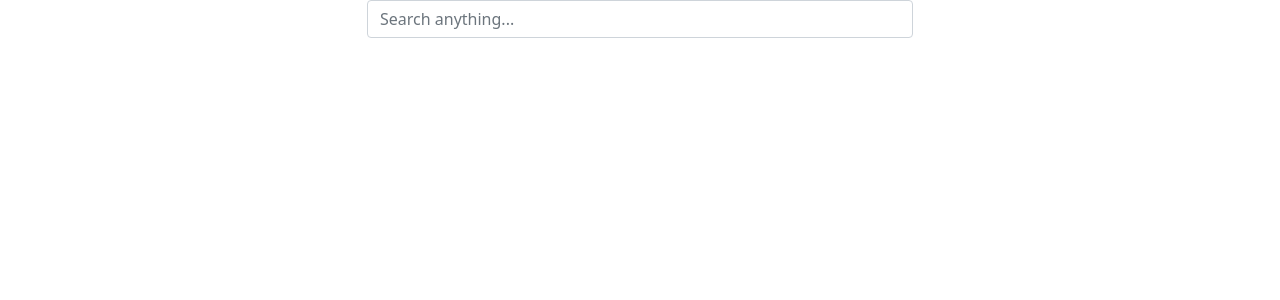
Repository: AlisaSkryp/photoblog
Page: index.html
These files come from the project's save history. The page is drawn as it stood at one moment and after a run of saves; the edit follows.
The browser window is 1280 px wide. The pictures show the whole page.

Above is the page before, as saved 2023-04-09 18:36:25.

After the next 2 saves:
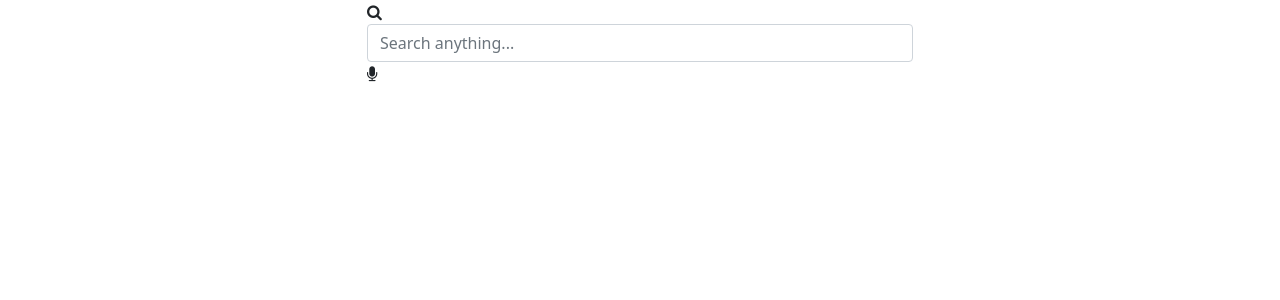
The 2 saves are shown as one change because they came seconds apart.
The last was saved 5 s later.
--- a/index.html
+++ b/index.html
@@ -5,7 +5,7 @@
 	<meta http-equiv="X-UA-Compatible" content="IE=edge">
 	<meta name="viewport" content="width=device-width, initial-scale=1.0">
 	<link href="https://cdn.jsdelivr.net/npm/bootstrap@5.0.2/dist/css/bootstrap.min.css" rel="stylesheet" integrity="sha384-EVSTQN3/azprG1Anm3QDgpJLIm9Nao0Yz1ztcQTwFspd3yD65VohhpuuCOmLASjC" crossorigin="anonymous">
-<l
+<link href="https://cdnjs.cloudflare.com/ajax/libs/font-awesome/4.7.0/css/font-awesome.min.css"
 <link rel="stylesheet" href="style.css">
 </head>
 <body>
